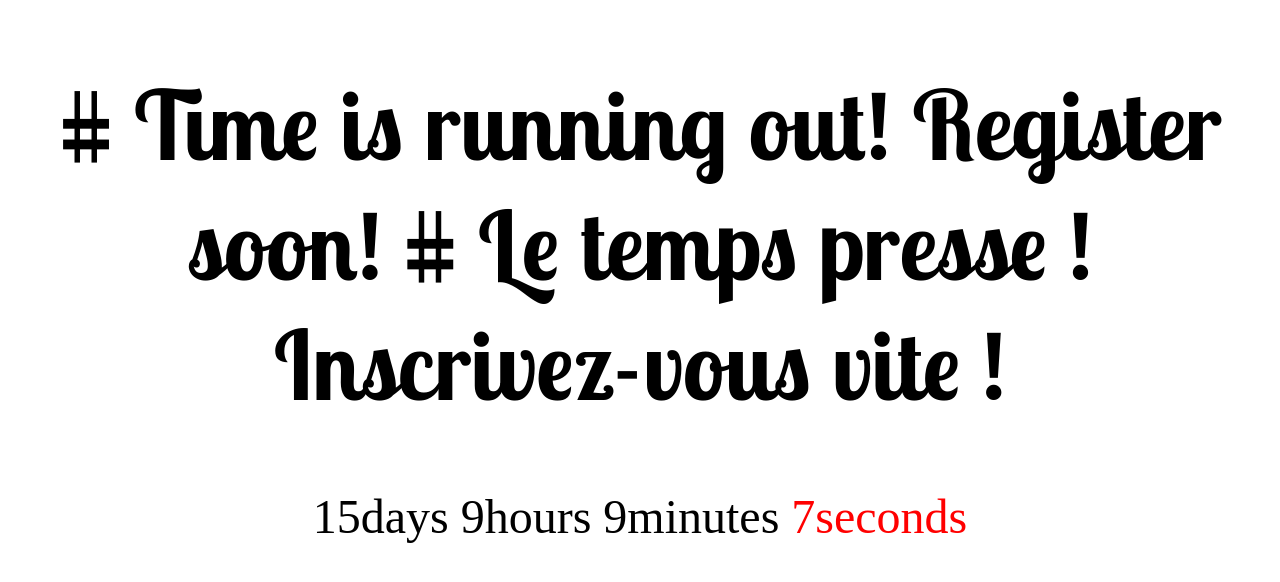
Repository: sinarinzifabrice/Events
Page: index.html
An editor plug-in stored every save of this project. The page is shown before and after the next save, followed by the edit.
The browser window is 1280 px wide. The pictures show the whole page.

Above is the page before, as saved 2024-05-16 18:52:36.

After the next save:
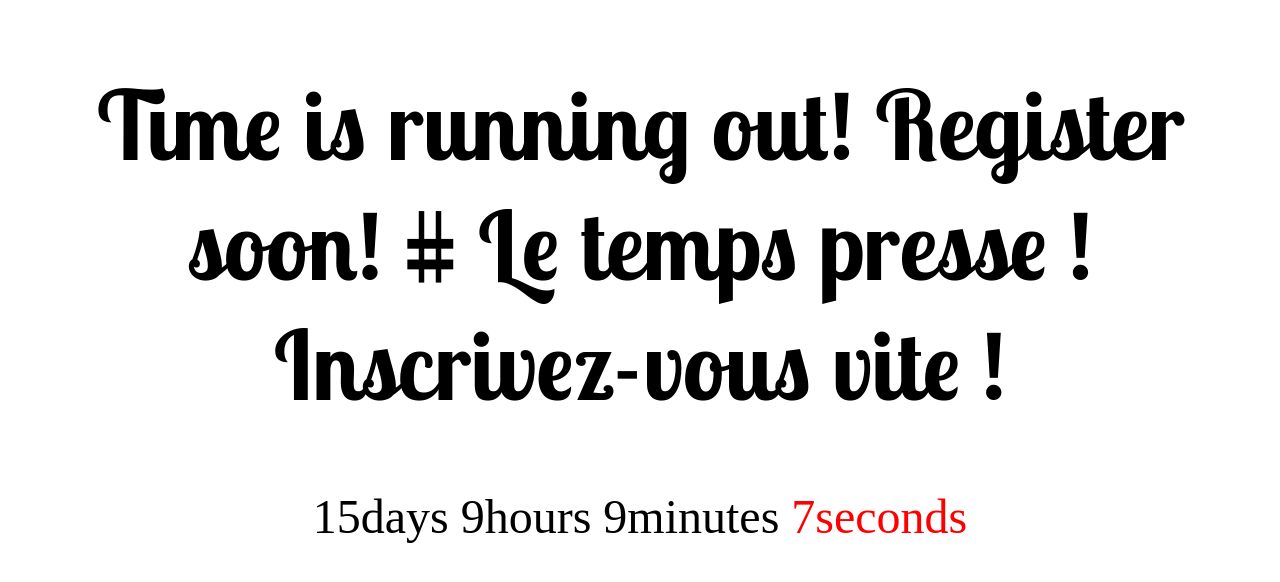
Saved 4 s later.
--- a/index.html
+++ b/index.html
@@ -24,7 +24,7 @@
 </head>
 <body>
 
-   <div class="countdown"><h1># Time is running out! Register soon!
+   <div class="countdown"><h1>Time is running out! Register soon!
 
       # Le temps presse ! Inscrivez-vous vite !</h1></div>
    <div id="countdown" class="countdown"></div>
